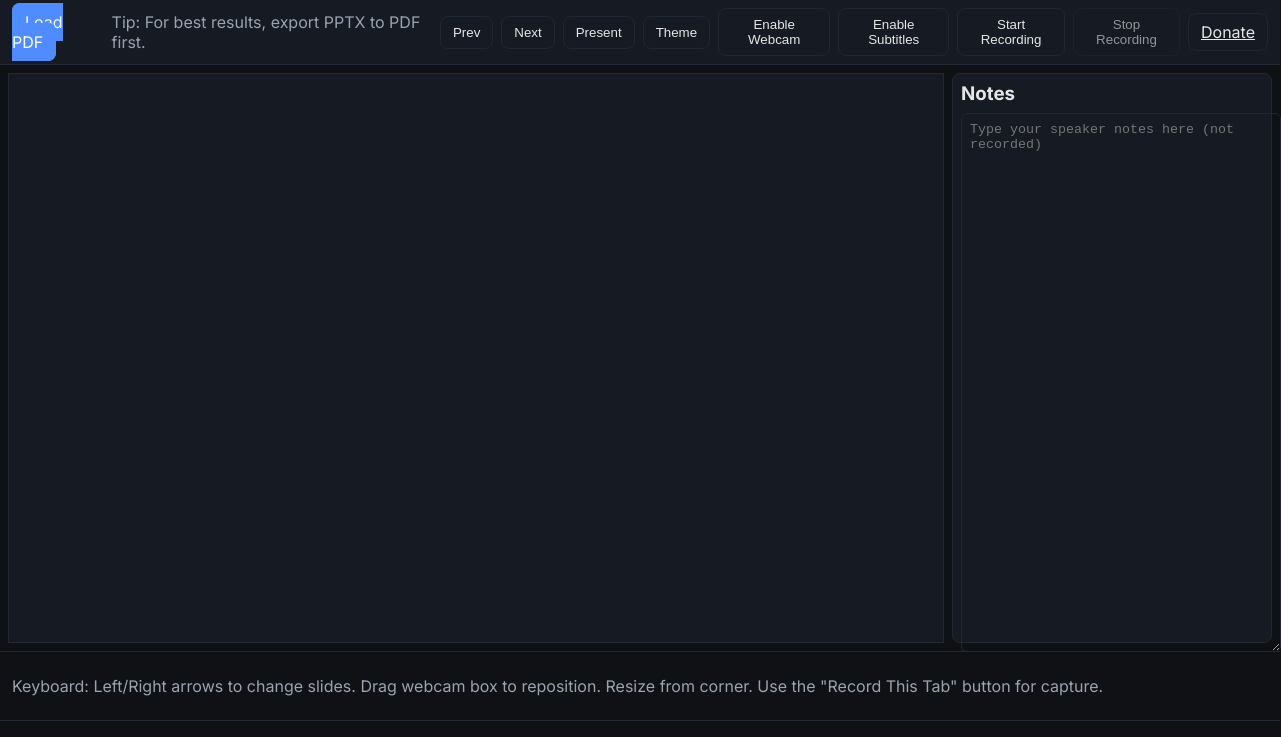
Repository: IBNKHALID06/SlideStage
Page: studio.html
The author's editor kept a copy of each file at every save. The page is drawn from the files as they stood at one save, then again after the next save.
The browser window is 1280 px wide. The page is 1281 px wide, so the pictures cover 1281 px, including what lies to the right of the window. The pictures show the whole page.

Above is the page before, as saved 2025-11-26 22:07:32.

### studio.html
<!doctype html>
<html lang="en">
<head>
  <meta charset="utf-8" />
  <meta name="viewport" content="width=device-width, initial-scale=1" />
  <title>SlideStage Studio</title>
  <link rel="preconnect" href="https://fonts.googleapis.com">
  <link rel="preconnect" href="https://fonts.gstatic.com" crossorigin>
  <link href="https://fonts.googleapis.com/css2?family=Inter:wght@400;600;700&display=swap" rel="stylesheet">
  <link rel="stylesheet" href="./css/style.css" />
  <!-- pdf.js loader (tries multiple CDNs) -->
  <script src="./js/pdf-loader.js"></script>
</head>
<body class="theme-dark">
  <div class="studio">
    <header class="topbar">
      <div class="left">
        <label class="file-input">
          <input type="file" id="pdfFileInput" accept="application/pdf" />
          <span class="button">Load PDF</span>
        </label>
        <span class="muted" title="PPTX note">Tip: For best results, export PPTX to PDF first.</span>
        <button class="button" id="prevSlide" title="Left Arrow">Prev</button>
        <button class="button" id="nextSlide" title="Right Arrow">Next</button>
        <span id="pageIndicator" class="muted"></span>
      </div>
      <div class="right">
        <button class="button" id="presentToggle">Present</button>
        <button class="button" id="themeToggle">Theme</button>
        <button class="button" id="webcamToggle">Enable Webcam</button>
        <button class="button" id="subtitlesToggle">Enable Subtitles</button>
        <button class="button" id="recordStart">Start Recording</button>
        <button class="button" id="recordStop" disabled>Stop Recording</button>
        <a class="button" target="_blank" href="https://ko-fi.com/wise_k">Donate</a>
      </div>
    </header>

    <section class="workspace">
      <div id="slideContainer" class="slides">
        <canvas id="pdfCanvas"></canvas>
        <!-- Webcam overlay -->
        <div id="webcamBox" class="webcam hidden">
          <video id="webcamVideo" autoplay muted playsinline></video>
          <div class="resize-handle" data-dir="se"></div>
        </div>
        <!-- Subtitles overlay -->
        <div id="subtitlesOverlay" class="subtitles hidden" aria-live="polite"></div>
      </div>

      <aside class="notes">
        <h3>Notes</h3>
        <textarea id="notesText" placeholder="Type your speaker notes here (not recorded)"></textarea>
      </aside>
    </section>

    <footer class="help">
      <div class="tips">
        <p>Keyboard: Left/Right arrows to change slides. Drag webcam box to reposition. Resize from corner. Use the "Record This Tab" button for capture.</p>
      </div>
    </footer>
  </div>

  <!-- Recording status/output -->
  <div id="recordStatus" class="help" aria-live="polite"></div>

  <dialog id="subtitlesDialog">
    <h3>Subtitles (Vosk WASM)</h3>
    <p>Real subtitles require an offline Vosk model. For privacy and offline use, place a small model in <code>assets/models/en/</code>. See instructions on the homepage or README.</p>
    <ol>
      <li>Download a small English model (e.g., <em>vosk-model-small-en-us-0.15</em>).</li>
      <li>Unzip it into <code>assets/models/en/</code> so that <code>model.json</code> is inside that folder.</li>
      <li>Reload the page and click "Enable Subtitles".</li>
    </ol>
    <p>Support development: <a href="https://ko-fi.com/wise_k" target="_blank">ko-fi.com/wise_k</a></p>
    <button class="button" id="closeSubtitlesDialog">Close</button>
  </dialog>

  <script type="module" src="./js/main.js"></script>
</body>
</html>

### css/style.css
/* Base theme variables */
:root {
  --bg: #0f1115;
  --surface: #161a22;
  --text: #e6e6e6;
  --muted: #9aa3b2;
  --primary: #4f8cff;
  --accent: #ff4d6d;
  --border: #222734;
}

:root.theme-light {
  --bg: #f7f7f9;
  --surface: #ffffff;
  --text: #222;
  --muted: #667085;
  --primary: #2659ff;
  --accent: #c62828;
  --border: #e6e8ee;
}

html, body { height: 100%; }
body {
  margin: 0;
  font-family: Inter, system-ui, -apple-system, Segoe UI, Roboto, Arial, sans-serif;
  background: var(--bg);
  color: var(--text);
}

.button {
  background: var(--surface);
  border: 1px solid var(--border);
  color: var(--text);
  padding: 8px 12px;
  border-radius: 8px;
  cursor: pointer;
}
.button.primary { background: var(--primary); border-color: var(--primary); color: white; }
.button:disabled { opacity: 0.6; cursor: not-allowed; }

.muted { color: var(--muted); }
.hidden { display: none !important; }

/* Landing */
.landing { display: grid; place-items: center; height: 100%; gap: 16px; text-align: center; }
.landing h1 { font-size: 42px; margin-bottom: 6px; }
.landing .subtitle { color: var(--muted); }
.landing .cta { display: grid; gap: 12px; }
.landing .links a { color: var(--muted); text-decoration: none; }

/* Studio layout */
.studio { display: grid; grid-template-rows: auto 1fr auto; height: 100vh; }
.topbar { display: flex; justify-content: space-between; align-items: center; padding: 8px 12px; background: var(--surface); border-bottom: 1px solid var(--border); }
.topbar .left, .topbar .right { display: flex; gap: 8px; align-items: center; }
.file-input input { display: none; }
.file-input .button { background: var(--primary); color: #fff; border-color: var(--primary); }

.workspace { display: grid; grid-template-columns: 1fr 320px; gap: 8px; padding: 8px; }
.slides { position: relative; background: var(--surface); border: 1px solid var(--border); display: grid; place-items: center; }
#pdfCanvas { max-width: 100%; width: 100%; height: auto; }

.notes { background: var(--surface); border: 1px solid var(--border); border-radius: 8px; padding: 8px; display: grid; grid-template-rows: auto 1fr; }
.notes h3 { margin: 0 0 8px; }
.notes textarea { width: 100%; height: 100%; resize: vertical; background: transparent; color: var(--text); border: 1px solid var(--border); border-radius: 6px; padding: 8px; }

/* Webcam overlay */
.webcam { position: absolute; right: 16px; bottom: 16px; width: 280px; height: 180px; border: 2px solid var(--border); border-radius: 12px; overflow: hidden; background: #000; box-shadow: 0 6px 24px rgba(0,0,0,0.5); }
.webcam video { width: 100%; height: 100%; object-fit: cover; }
.webcam .resize-handle { position: absolute; width: 16px; height: 16px; right: 0; bottom: 0; background: var(--primary); cursor: se-resize; border-top-left-radius: 6px; }

/* Subtitles */
.subtitles { position: absolute; left: 50%; bottom: 12px; transform: translateX(-50%); background: rgba(0,0,0,0.5); color: #fff; padding: 6px 10px; border-radius: 8px; font-size: 16px; max-width: 80%; text-align: center; backdrop-filter: blur(2px); }

/* Help footer */
.help { padding: 8px 12px; color: var(--muted); border-top: 1px solid var(--border); }

/* Present mode */
.present .topbar, .present .notes, .present .help { display: none; }
.present .workspace { grid-template-columns: 1fr; padding: 0; }
.present .slides { border: none; }

### js/pdf-loader.js
// Minimal PDF.js shim - for MVP only
// This loads pdf.js from unpkg (alternative CDN)
// Falls back to pdfobject as last resort
window.ensurePdfJs = async () => {
  if (typeof pdfjsLib !== 'undefined') {
    return true;
  }

  // Try unpkg CDN (different provider)
  console.log('Attempting to load from unpkg...');
  return new Promise((resolve) => {
    const script = document.createElement('script');
    script.src = 'https://unpkg.com/pdfjs-dist@3.11.313/build/pdf.min.js';
    script.onload = () => {
      console.log('pdf.js loaded from unpkg');
      if (typeof pdfjsLib !== 'undefined') {
        pdfjsLib.GlobalWorkerOptions.workerSrc = 'https://unpkg.com/pdfjs-dist@3.11.313/build/pdf.worker.min.js';
        resolve(true);
      } else {
        resolve(false);
      }
    };
    script.onerror = () => {
      console.error('unpkg failed, trying fallback...');
      // If all else fails, try one more CDN
      const fallback = document.createElement('script');
      fallback.src = 'https://cdnjs.cloudflare.com/ajax/libs/pdf.js/3.11.313/pdf.min.js';
      fallback.onload = () => {
        console.log('pdf.js loaded from Cloudflare fallback');
        if (typeof pdfjsLib !== 'undefined') {
          pdfjsLib.GlobalWorkerOptions.workerSrc = 'https://cdnjs.cloudflare.com/ajax/libs/pdf.js/3.11.313/pdf.worker.min.js';
          resolve(true);
        } else {
          resolve(false);
        }
      };
      fallback.onerror = () => {
        console.error('All CDNs failed');
        resolve(false);
      };
      document.head.appendChild(fallback);
    };
    document.head.appendChild(script);
  });
};

// Start loading immediately
window.ensurePdfJs().then(ok => {
  if (ok && typeof pdfjsLib !== 'undefined') {
    console.log('✓ pdf.js ready, version:', pdfjsLib.version);
  } else {
    console.warn('⚠ pdf.js not available - PDF upload will fail');
  }
});

### js/slides.js
export class SlideViewer {
  constructor(canvas, onPageChange) {
    this.canvas = canvas;
    this.ctx = canvas ? canvas.getContext('2d') : null;
    this.onPageChange = onPageChange;
    this.pdf = null;
    this.pageNum = 1;
    this.total = 0;
    this.pdfDataUrl = null;
    this.useFallback = false;
  }

  async _ensurePdfLib() {
    // Use the global waiter if available
    if (window.ensurePdfJs) {
      const ok = await window.ensurePdfJs();
      if (!ok) throw new Error('pdf.js library failed to load from CDN');
    } else {
      throw new Error('pdf.js initialization not found');
    }

    // Ensure worker is configured
    if (window.pdfjsLib && !window.pdfjsLib.GlobalWorkerOptions.workerSrc) {
      window.pdfjsLib.GlobalWorkerOptions.workerSrc = 'https://unpkg.com/pdfjs-dist@3.11.313/build/pdf.worker.min.js';
    }
    return window.pdfjsLib;
  }

  async loadFile(file) {
    if (!file) {
      alert('No file selected');
      return;
    }

    if (!file.type.includes('pdf') && !file.name.endsWith('.pdf')) {
      alert('File must be a PDF. You selected: ' + file.name);
      return;
    }

    try {
      console.log('Loading PDF:', file.name, 'Size:', file.size);

      // Try pdf.js first
      try {
        const arrayBuffer = await file.arrayBuffer();
        if (!arrayBuffer || arrayBuffer.byteLength === 0) {
          throw new Error('File is empty');
        }

        const pdfjsLib = await this._ensurePdfLib();
        console.log('pdf.js lib loaded, version:', pdfjsLib.version);

        const loadingTask = pdfjsLib.getDocument({ data: arrayBuffer });
        this.pdf = await loadingTask.promise;
        this.total = this.pdf.numPages;
        this.pageNum = 1;

        console.log('PDF loaded successfully. Pages:', this.total);
        this.useFallback = false;
        await this.render();
      } catch (pdfErr) {
        // pdf.js failed, fall back to browser's native viewer
        console.warn('pdf.js failed, using browser PDF viewer:', pdfErr.message);

        const reader = new FileReader();
        reader.onload = (e) => {
          this.pdfDataUrl = e.target.result;
          this.useFallback = true;
          this.total = 1; // Unknown page count
          this.pageNum = 1;
          this.renderFallback();
        };
        reader.onerror = () => {
          throw new Error('Failed to read file');
        };
        reader.readAsDataURL(file);
      }
    } catch (e) {
      console.error('PDF loading error:', e);
      alert('Unable to open PDF:\n' + e.message);
    }
  }

  renderFallback() {
    // Display PDF using browser's native viewer in an iframe
    if (!this.pdfDataUrl || !this.canvas) return;

    // Clear canvas and show fallback message
    const container = this.canvas.parentElement;
    if (container) {
      container.innerHTML = `
        <iframe
          src="${this.pdfDataUrl}"
          style="width: 100%; height: 100%; border: none;"
          title="PDF Viewer (Browser Native)"
        ></iframe>
      `;
    }

    this.onPageChange?.(1, 1);
  }

  async render() {
    if (!this.pdf || !this.canvas) {
      console.warn('PDF or canvas not ready');
      return;
    }

    try {
      const page = await this.pdf.getPage(this.pageNum);
      if (!page) throw new Error('Page ' + this.pageNum + ' not found');

      const viewport = page.getViewport({ scale: 1.5 });
      const canvas = this.canvas;
      const ctx = this.ctx;

      canvas.width = viewport.width;
      canvas.height = viewport.height;

      await page.render({ canvasContext: ctx, viewport }).promise;
      this.onPageChange?.(this.pageNum, this.total);
    } catch (e) {
      console.error('Render error:', e);
      this.onPageChange?.(this.pageNum, this.total);
    }
  }

  async next() {
    if (!this.pdf && !this.useFallback) return;
    if (this.useFallback) {
      alert('PDF viewer: Use browser controls to navigate');
      return;
    }
    if (this.pageNum < this.total) {
      this.pageNum += 1;
      await this.render();
    }
  }

  async prev() {
    if (!this.pdf && !this.useFallback) return;
    if (this.useFallback) {
      alert('PDF viewer: Use browser controls to navigate');
      return;
    }
    if (this.pageNum > 1) {
      this.pageNum -= 1;
      await this.render();
    }
  }
}

### js/webcam.js
export class WebcamOverlay {
  constructor(boxEl, videoEl, settings) {
    this.boxEl = boxEl;
    this.videoEl = videoEl;
    this.settings = settings;
    this.stream = null;
    this.enabled = false;

    // Restore position/size
    const webcamState = this.settings.get('webcam', {});
    const pos = webcamState.position;
    if (pos) {
      this.boxEl.style.left = pos.left + 'px';
      this.boxEl.style.top = pos.top + 'px';
      this.boxEl.style.right = 'auto';
      this.boxEl.style.bottom = 'auto';
    }
    const size = webcamState.size;
    if (size) {
      this.boxEl.style.width = size.w + 'px';
      this.boxEl.style.height = size.h + 'px';
    }

    this._bindDrag();
    this._bindResize();
  }

  async enable() {
    try {
      this.stream = await navigator.mediaDevices.getUserMedia({
        video: {
          width: { ideal: 1280 },
          height: { ideal: 720 }
        },
        audio: false
      });
      this.videoEl.srcObject = this.stream;
      this.boxEl.classList.remove('hidden');
      this.enabled = true;
      return true;
    } catch (e) {
      alert('Unable to access webcam: ' + e.message);
      return false;
    }
  }

  async disable() {
    if (this.stream) {
      this.stream.getTracks().forEach(t => t.stop());
      this.stream = null;
    }
    this.boxEl.classList.add('hidden');
    this.enabled = false;
  }

  _bindDrag() {
    let dragging = false;
    let startX = 0, startY = 0;
    let origLeft = 0, origTop = 0;

    const onMouseDown = (e) => {
      if (e.target.classList.contains('resize-handle')) return; // skip when resizing
      dragging = true;
      startX = e.clientX; startY = e.clientY;
      const rect = this.boxEl.getBoundingClientRect();
      origLeft = rect.left; origTop = rect.top;
      document.body.style.userSelect = 'none';
    };
    const onMouseMove = (e) => {
      if (!dragging) return;
      const dx = e.clientX - startX;
      const dy = e.clientY - startY;
      const left = origLeft + dx;
      const top = origTop + dy;
      this.boxEl.style.left = left + 'px';
      this.boxEl.style.top = top + 'px';
      this.boxEl.style.right = 'auto';
      this.boxEl.style.bottom = 'auto';
    };
    const onMouseUp = () => {
      if (!dragging) return;
      dragging = false;
      document.body.style.userSelect = '';
      const rect = this.boxEl.getBoundingClientRect();
      this._saveState({ position: { left: rect.left, top: rect.top } });
    };

    this.boxEl.addEventListener('mousedown', onMouseDown);
    window.addEventListener('mousemove', onMouseMove);
    window.addEventListener('mouseup', onMouseUp);
  }

  _bindResize() {
    let resizing = false;
    let startX = 0, startY = 0;
    let origW = 0, origH = 0;

    const handle = this.boxEl.querySelector('.resize-handle');
    const onMouseDown = (e) => {
      resizing = true;
      startX = e.clientX; startY = e.clientY;
      const rect = this.boxEl.getBoundingClientRect();
      origW = rect.width; origH = rect.height;
      e.stopPropagation();
    };
    const onMouseMove = (e) => {
      if (!resizing) return;
      const dx = e.clientX - startX;
      const dy = e.clientY - startY;
      const w = Math.max(160, origW + dx);
      const h = Math.max(120, origH + dy);
      this.boxEl.style.width = w + 'px';
      this.boxEl.style.height = h + 'px';
    };
    const onMouseUp = () => {
      if (!resizing) return;
      resizing = false;
      const rect = this.boxEl.getBoundingClientRect();
      this._saveState({ size: { w: rect.width, h: rect.height } });
    };

    handle.addEventListener('mousedown', onMouseDown);
    window.addEventListener('mousemove', onMouseMove);
    window.addEventListener('mouseup', onMouseUp);
  }

  _saveState(partial) {
    const current = this.settings.get('webcam', { position: null, size: null });
    this.settings.set('webcam', { ...current, ...partial });
  }
}

### js/subtitles.js
// Minimal Vosk-in-browser integration placeholder.
// This module wires microphone capture and displays recognized text.
// To keep MVP simple, we provide initialization and UI hooks,
// and allow selecting a model URL or loading local model files in future iterations.

// Simple audio level visualization for MVP.
// Vosk integration deferred; requires local model setup.

export class Subtitles {
  constructor(overlayEl, settings) {
    this.overlayEl = overlayEl;
    this.settings = settings;
    this.enabled = false;
    this.stream = null;
    this.audioCtx = null;
    this.analyser = null;
  }

  async enable() {
    try {
      this.stream = await navigator.mediaDevices.getUserMedia({ audio: true, video: false });
      this.audioCtx = new (window.AudioContext || window.webkitAudioContext)();
      const source = this.audioCtx.createMediaStreamSource(this.stream);
      this.analyser = this.audioCtx.createAnalyser();
      this.analyser.fftSize = 2048;
      source.connect(this.analyser);

      const data = new Uint8Array(this.analyser.fftSize);
      this.enabled = true;
      this.overlayEl.classList.remove('hidden');

      const loop = () => {
        if (!this.enabled) return;
        this.analyser.getByteTimeDomainData(data);
        let sum = 0;
        for (let i = 0; i < data.length; i++) {
          const v = (data[i] - 128) / 128;
          sum += v * v;
        }
        const rms = Math.sqrt(sum / data.length);
        this.overlayEl.textContent = rms > 0.02 ? '🎤 Listening…' : '';
        requestAnimationFrame(loop);
      };
      loop();
      return true;
    } catch (e) {
      alert('Subtitles unavailable: ' + e.message);
      return false;
    }
  }

  async disable() {
    this.enabled = false;
    if (this.analyser) {
      try { this.analyser.disconnect(); } catch {}
      this.analyser = null;
    }
    if (this.audioCtx) {
      try { await this.audioCtx.close(); } catch {}
      this.audioCtx = null;
    }
    if (this.stream) {
      this.stream.getTracks().forEach(t => t.stop());
      this.stream = null;
    }
    this.overlayEl.classList.add('hidden');
    this.overlayEl.textContent = '';
  }
}

### js/settings.js
const STORAGE_KEY = 'slidestage_settings';

export class Settings {
  constructor() {
    this.state = this._load();
  }

  _load() {
    try {
      const raw = localStorage.getItem(STORAGE_KEY);
      if (!raw) return {};
      return JSON.parse(raw);
    } catch (e) {
      console.warn('Unable to parse settings', e);
      return {};
    }
  }

  _persist() {
    try {
      localStorage.setItem(STORAGE_KEY, JSON.stringify(this.state));
    } catch (e) {
      console.warn('Unable to persist settings', e);
    }
  }

  get(key, fallback = null) {
    if (!key) return this.state;
    return this.state[key] ?? fallback;
  }

  set(key, value) {
    this.state[key] = value;
    this._persist();
  }

  mergeDefaults(defaults = {}) {
    this.state = { ...defaults, ...this.state };
    this._persist();
  }
}

### js/theme.js
export function initThemeToggle(btn, settings) {
  const apply = (mode) => {
    document.documentElement.classList.remove('theme-dark', 'theme-light');
    document.documentElement.classList.add(mode === 'light' ? 'theme-light' : 'theme-dark');
    settings.set('theme', mode);
  };
  const saved = settings.get('theme', 'dark');
  apply(saved);
  if (btn) {
    btn.addEventListener('click', () => {
      const current = settings.get('theme', 'dark');
      apply(current === 'dark' ? 'light' : 'dark');
    });
  }
}

### js/pptx.js
// Lightweight, dynamic PPTX -> PDF text extraction converter.
// Avoids static ESM imports so failure to fetch libraries doesn't break other features.
// Strategy: On demand load UMD builds of JSZip and pdf-lib; extract slide text and render to simple PDF pages.

const JSZIP_URL = 'https://cdn.jsdelivr.net/npm/jszip@3.10.1/dist/jszip.min.js';
const PDFLIB_URL = 'https://cdn.jsdelivr.net/npm/pdf-lib@1.20.0/dist/pdf-lib.min.js';
const slideFileRegex = /^ppt\/slides\/slide(\d+)\.xml$/;

function injectScript(src) {
  return new Promise((resolve, reject) => {
    if (document.querySelector(`script[src="${src}"]`)) return resolve();
    const s = document.createElement('script');
    s.src = src;
    s.onload = () => resolve();
    s.onerror = () => reject(new Error('Failed to load ' + src));
    document.head.appendChild(s);
  });
}

async function ensureLibs() {
  if (!window.JSZip) await injectScript(JSZIP_URL);
  if (!window.PDFLib) await injectScript(PDFLIB_URL);
  if (!window.JSZip || !window.PDFLib) throw new Error('Libraries unavailable');
  return { JSZip: window.JSZip, PDFLib: window.PDFLib };
}

function extractSlideText(xmlText) {
  const parser = new DOMParser();
  const xml = parser.parseFromString(xmlText, 'application/xml');
  const nodes = Array.from(xml.getElementsByTagName('a:t'));
  return nodes.map(n => n.textContent?.trim()).filter(Boolean).join(' ');
}

function wrapText(text, font, fontSize, maxWidth) {
  if (!text) return [''];
  const words = text.split(/\s+/).filter(Boolean);
  const lines = [];
  let current = '';
  for (const w of words) {
    const attempt = current ? current + ' ' + w : w;
    const width = font.widthOfTextAtSize(attempt, fontSize);
    if (width <= maxWidth) current = attempt; else { if (current) lines.push(current); current = w; }
  }
  if (current) lines.push(current);
  return lines.length ? lines : [''];
}

export async function convertPptxToPdf(file) {
  if (!file.name.toLowerCase().endsWith('.pptx')) throw new Error('Not a PPTX file');
  const { JSZip, PDFLib } = await ensureLibs();
  const buffer = await file.arrayBuffer();
  const zip = await JSZip.loadAsync(buffer);
  const slideEntries = Object.keys(zip.files)
    .map(name => ({ name, match: name.match(slideFileRegex) }))
    .filter(e => e.match)
    .sort((a, b) => Number(a.match[1]) - Number(b.match[1]));
  if (!slideEntries.length) throw new Error('No slides found');

  const pdfDoc = await PDFLib.PDFDocument.create();
  const font = await pdfDoc.embedFont(PDFLib.StandardFonts.Helvetica);

  for (const entry of slideEntries) {
    const xmlText = await zip.file(entry.name).async('text');
    const slideText = extractSlideText(xmlText) || `Slide ${entry.match[1]}`;
    const page = pdfDoc.addPage([612, 792]);
    const { width, height } = page.getSize();
    const fontSize = 18;
    const maxWidth = width - 72;
    const lines = wrapText(slideText, font, fontSize, maxWidth);
    let y = height - 72;
    for (const line of lines) {
      page.drawText(line, { x: 36, y, size: fontSize, font, color: PDFLib.rgb(0,0,0) });
      y -= fontSize + 6;
      if (y < 48) break;
    }
  }
  const pdfBytes = await pdfDoc.save();
  return new File([pdfBytes], file.name.replace(/\.pptx$/i, '.pdf'), { type: 'application/pdf' });
}

Loaded but not shown: js/main.js (202 lines, source omitted)

After the next save:
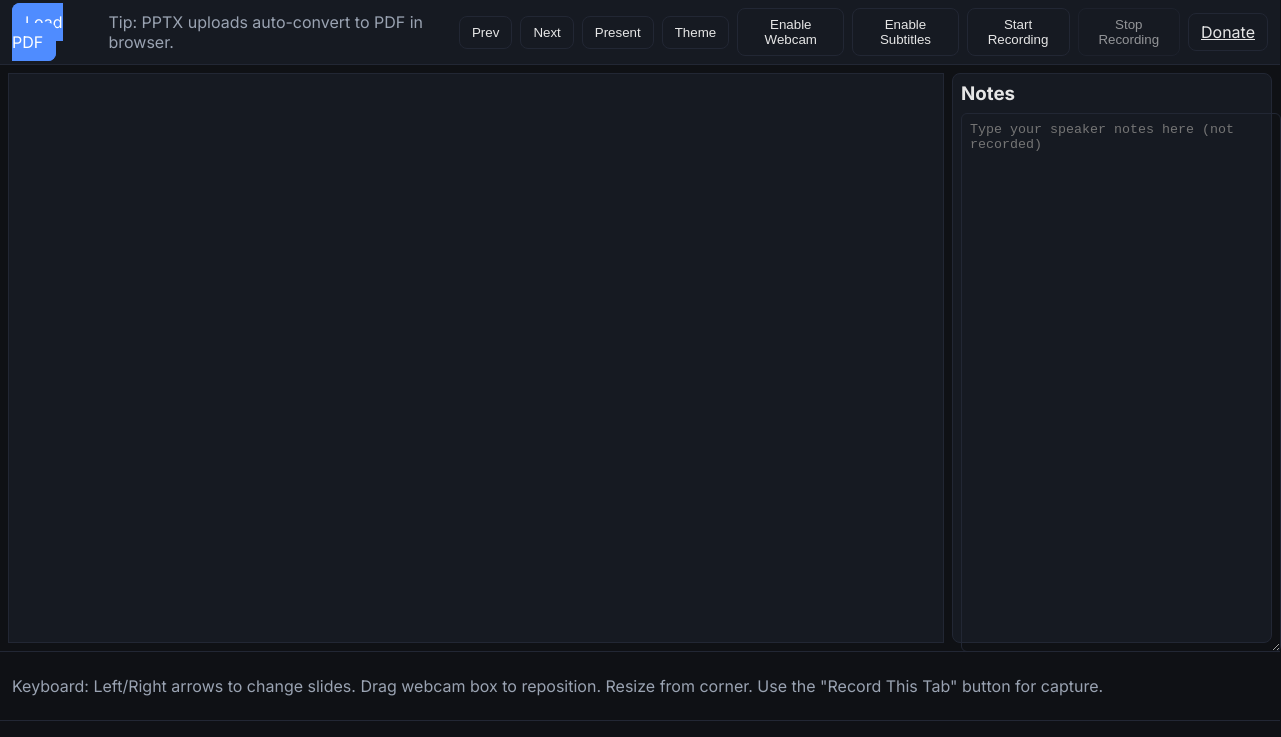
Saved 58 min 11 s later.
--- a/studio.html
+++ b/studio.html
@@ -16,10 +16,10 @@
     <header class="topbar">
       <div class="left">
         <label class="file-input">
-          <input type="file" id="pdfFileInput" accept="application/pdf" />
+          <input type="file" id="pdfFileInput" accept="application/pdf,.pptx" />
           <span class="button">Load PDF</span>
         </label>
-        <span class="muted" title="PPTX note">Tip: For best results, export PPTX to PDF first.</span>
+        <span class="muted" title="PPTX note">Tip: PPTX uploads auto-convert to PDF in browser.</span>
         <button class="button" id="prevSlide" title="Left Arrow">Prev</button>
         <button class="button" id="nextSlide" title="Right Arrow">Next</button>
         <span id="pageIndicator" class="muted"></span>
